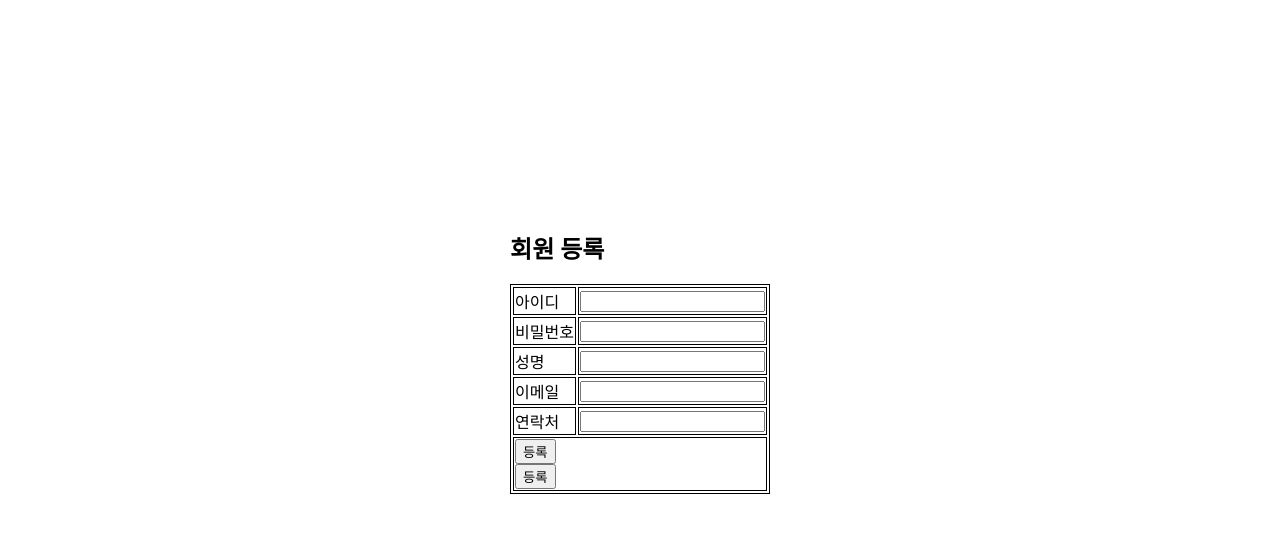
Repository: dlrjsgh367/SW-L5-20V1
Page: http://localhost/SW-L5-20V1/register.jsp
The author's editor kept a copy of each file at every save. The page is drawn from the files as they stood at one save, then again after the next save.
The browser window is 1280 px wide. The pictures show the whole page.
The page is served by Tomcat 9. Other server files are loaded and not shown.

Above is the page before, as saved 2025-01-12 09:51:43.

### SW-L5-20V1/WebContent/register.jsp
<%@ page language="java" contentType="text/html; charset=UTF-8" pageEncoding="UTF-8"%>

<html>
<head>
  <meta http-equiv="Content-Type" content="text/html; charset=UTF-8">
  <link rel="stylesheet" href="style_for_task3.css">
</head>
<body>
  <div class="container">
     <form action="">
       <h2>회원 등록</h2>
       <table>
         <tbody>
           <tr>
             <td>아이디</td>
             <td>
               <input type="text" name="p_id"/>
             </td>
           </tr>
           <tr>
             <td>비밀번호</td>
             <td>
               <input type="text" name="p_pw"/>
             </td>
           </tr>
           <tr>
             <td>성명</td>
             <td>
               <input type="text" name="c_name"/>
             </td>
           </tr>
           <tr>
             <td>이메일</td>
             <td>
               <input type="text" name="c_email"/>
             </td>
           </tr>
           <tr>
             <td>연락처</td>
             <td>
               <input type="text" name="c_tel"/>
             </td>
           </tr>
           <tr>
             <td colspan="2">
               <button type="submit">등록 </button>
               <button onClick="location.href='check.jsp'">등록 </button>
             </td>
           </tr>
         </tbody>
       </table>
     </form>
  </div>
</body>
</html>

### SW-L5-20V1/WebContent/style_for_task3.css
html, body {
	margin: 0;
	padding: 0;
	height: 100%
}

table, td {
	border: 1px solid;
}

input {
	display: block;
}

button {
	display: block;
}

.container {
	display: flex;
	justify-content: center;
	align-items: center;
	height: 100%;
}

.wrapper {

}

.ta-c {
	text-align: center;
}

.m0a {
	margin: 0 auto;
}

.fd-col {
	flex-direction: column;
}

After the next save:
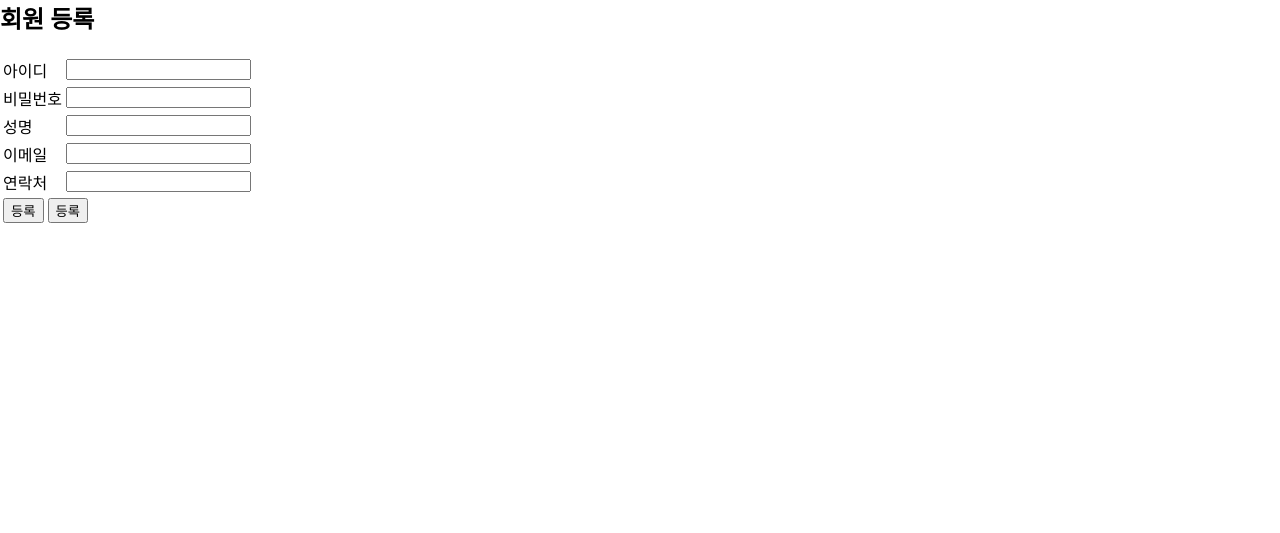
Saved 7 s later.
--- a/SW-L5-20V1/WebContent/style_for_task3.css
+++ b/SW-L5-20V1/WebContent/style_for_task3.css
@@ -3,38 +3,3 @@ html, body {
 	padding: 0;
 	height: 100%
 }
-
-table, td {
-	border: 1px solid;
-}
-
-input {
-	display: block;
-}
-
-button {
-	display: block;
-}
-
-.container {
-	display: flex;
-	justify-content: center;
-	align-items: center;
-	height: 100%;
-}
-
-.wrapper {
-
-}
-
-.ta-c {
-	text-align: center;
-}
-
-.m0a {
-	margin: 0 auto;
-}
-
-.fd-col {
-	flex-direction: column;
-}
